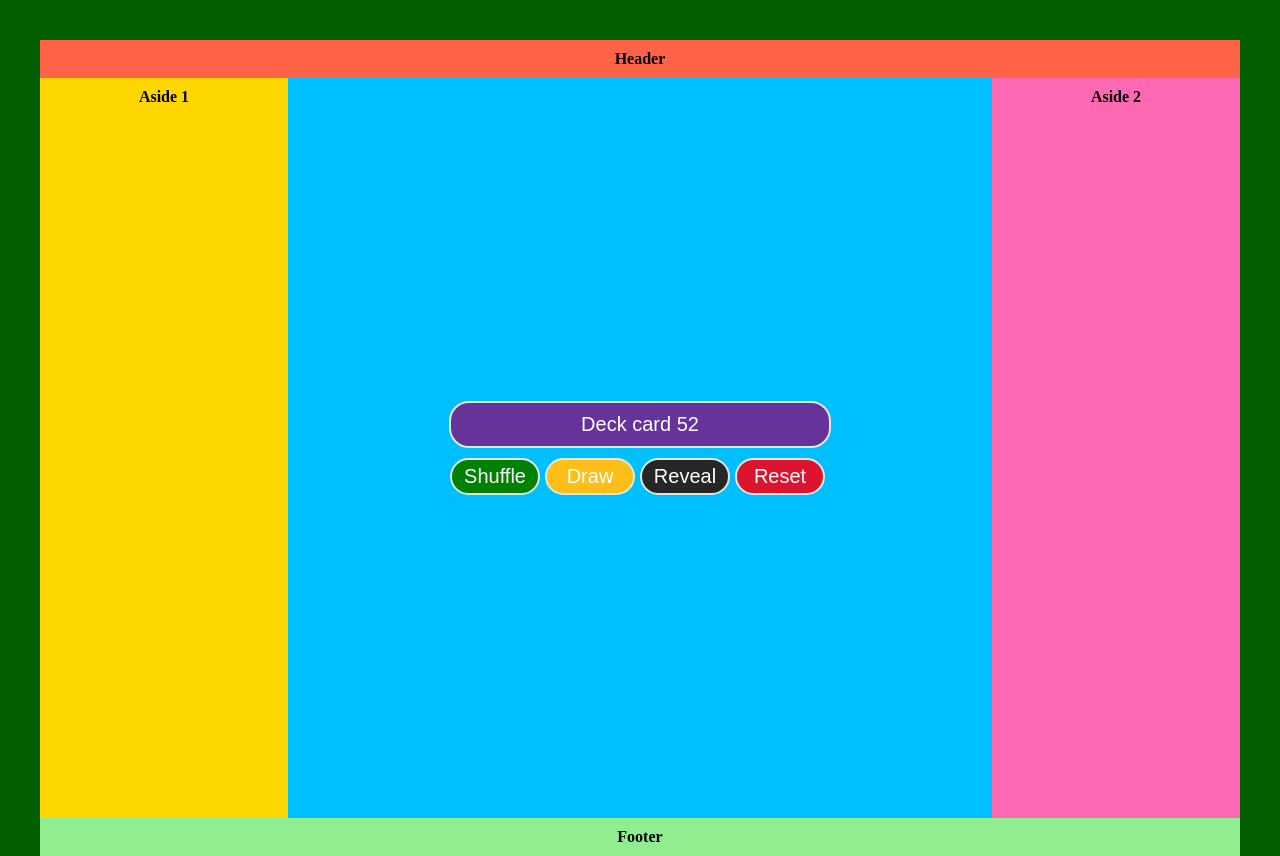
Repository: tiendungjr123/app-baicao
Page: /
An editor plug-in stored every save of this project. The page is shown before and after the next save, followed by the edit.
The browser window is 1280 px wide. The pictures show the whole page.
The project was rebuilt for these pictures with package versions that can differ from the ones it lists, and the page was loaded fresh each time. Also part of the build but not shown: src/index.css.

Above is the page before, as saved 2022-10-10 23:37:36.

After the next save:
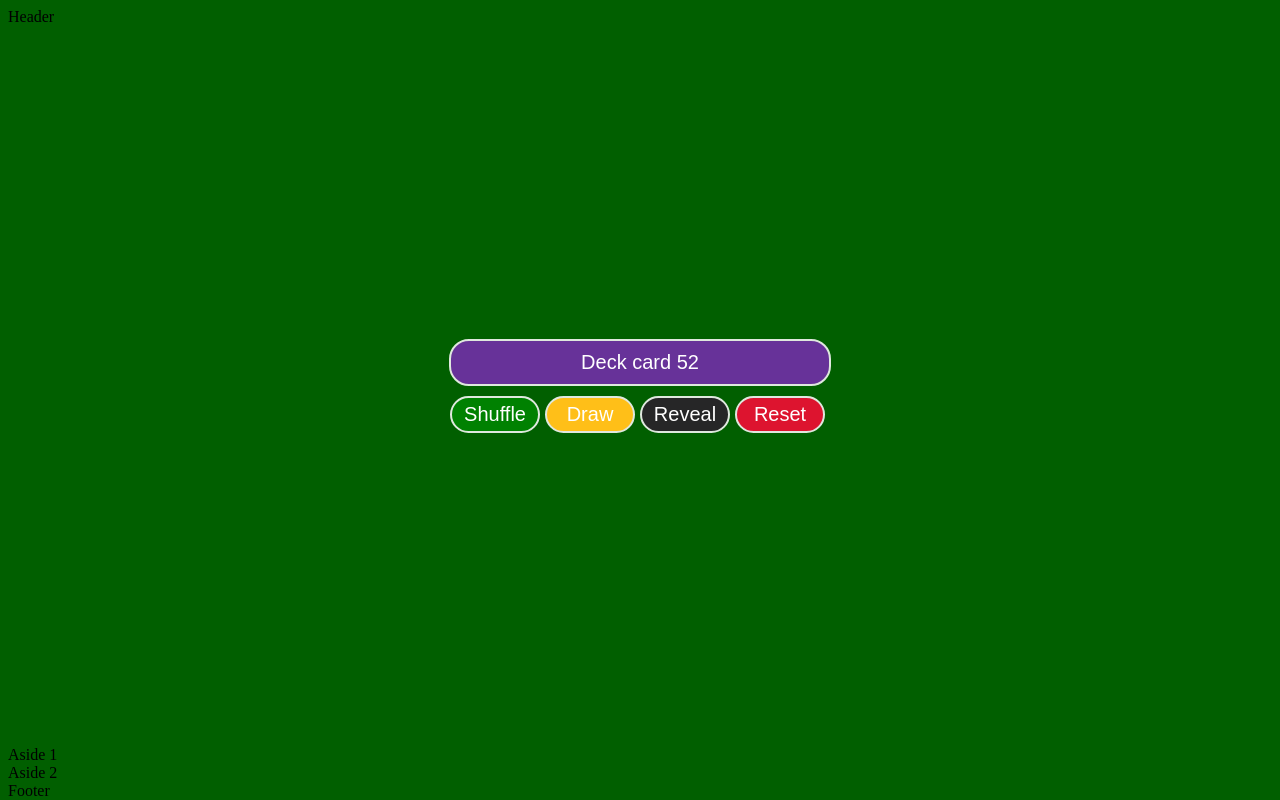
Saved 18 s later.
--- a/src/App.css
+++ b/src/App.css
@@ -1,62 +1 @@
 @import "./Scss/style.css";
-
-.wrapper {
-   display: flex;
-   flex-flow: row wrap;
-   font-weight: bold;
-   text-align: center;
-}
-
-.wrapper > * {
-   padding: 10px;
-   flex: 1 100%;
-}
-
-.header {
-   background: tomato;
-}
-
-.footer {
-   background: lightgreen;
-}
-
-.main {
-   text-align: left;
-   background: deepskyblue;
-}
-
-.aside-1 {
-   background: gold;
-}
-
-.aside-2 {
-   background: hotpink;
-}
-
-@media all and (min-width: 600px) {
-   .aside {
-      flex: 1 0 0;
-   }
-}
-
-@media all and (min-width: 800px) {
-   .main {
-      flex: 3 0px;
-   }
-   .aside-1 {
-      order: 1;
-   }
-   .main {
-      order: 2;
-   }
-   .aside-2 {
-      order: 3;
-   }
-   .footer {
-      order: 4;
-   }
-}
-
-body {
-   padding: 2em;
-}
